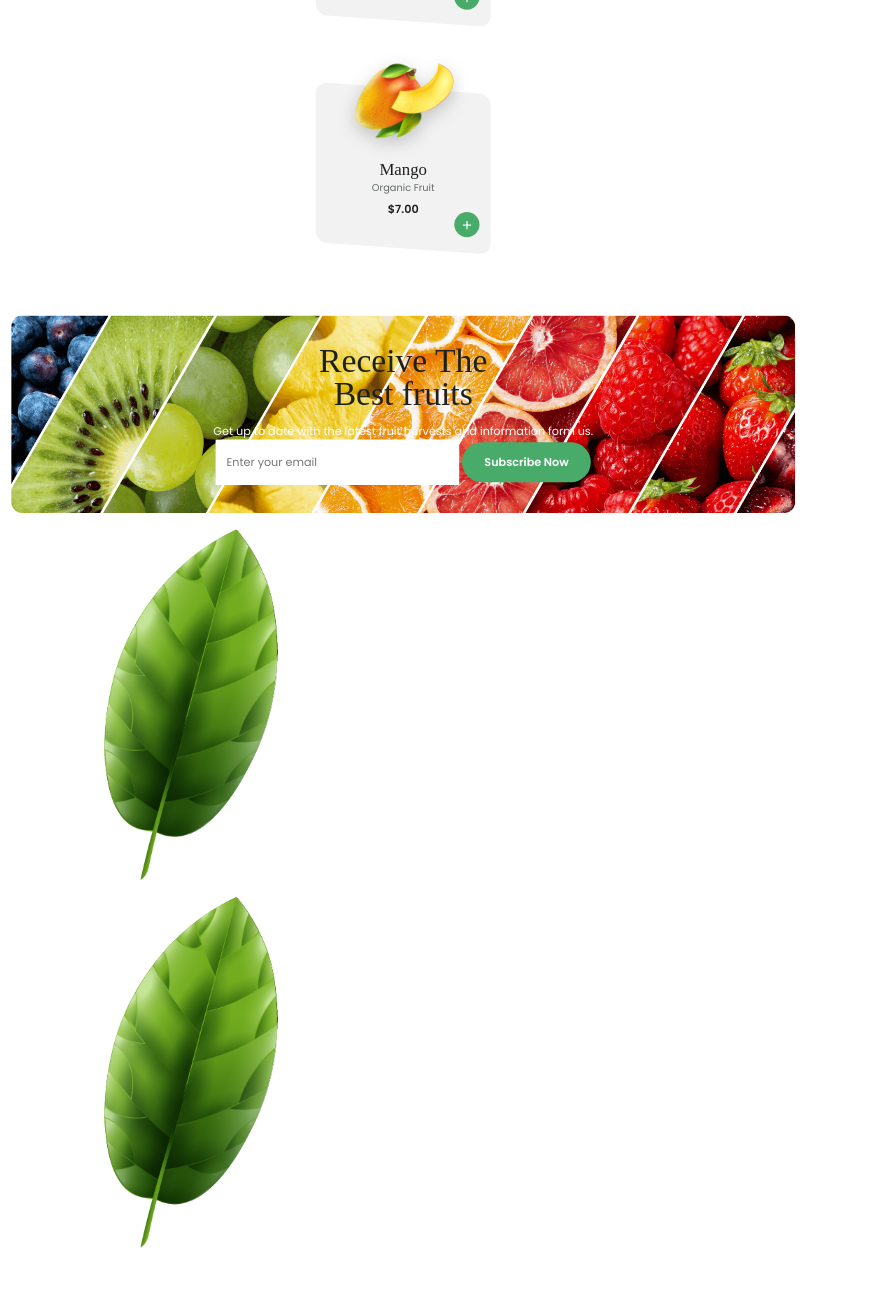
Repository: dinhhaidh/fruit
Page: index.html
An editor plug-in stored every save of this project. The page is shown before and after the next save, followed by the edit.
The browser window is 1280 px wide. The pictures show the part of the page from y = 4137 to 6057 px (the page is 6000 px tall before and 6057 px after), at 70% of full size.
Some web fonts or font styles are not loaded; a fallback is used.

Above is the page before, as saved 2024-02-19 09:57:46.
Console error: ReferenceError: ScrollReveal is not defined

### index.html
<!DOCTYPE html>
<html lang="en">
<head>
    <meta charset="UTF-8">
    <meta name="viewport" content="width=device-width, initial-scale=1.0">

    <!--=============== FAVICON ===============-->
    <link rel="shortcut icon" href="assets/img/favicon.png" type="image/x-icon">

    <!--=============== REMIXICONS ===============-->
    <link rel="stylesheet" href="https://cdnjs.cloudflare.com/ajax/libs/remixicon/3.5.0/remixicon.css" crossorigin="">

    <!--=============== CSS ===============-->
    <link rel="stylesheet" href="./css/style.css">

    <title>Responsive fruit website - Bedimcode</title>
</head>
<body>
    <!--==================== HEADER ====================-->
    <header class="header" id="header">
        <nav class="nav container">
            <a href="#" class="nav__logo">
                <img src="./img/logo.png" alt=""> Fruit
            </a>
            <div class="nav__menu" id="nav-menu">
                <ul class="nav__list">
                    <li class="nav__item">
                        <a href="#Home" class="nav__link">Home</a>
                    </li>
                    <li class="nav__item">
                        <a href="#enjoy" class="nav__link">About Us</a>
                    </li>
                    <li class="nav__item">
                        <a href="#popular" class="nav__link">Popular</a>
                    </li>
                    <li class="nav__item">
                        <a href="#join" class="nav__link">Join Us</a>
                    </li>
                </ul>

                <a href="#" class="nav__close" id="nav-close">
                    <i class="ri-close-line"></i>
                </a>

                <img src="./img/branch-2.png" alt="" class="nav__img-1">
                <img src="./img/fruit-line-1.png" alt="" class="nav__img-2">
            </div>

            <div class="nav__buttons">

                <i class="ri-moon-line theme__button" id="theme-button"></i>

                <div class="nav__toggle" id="nav-toggle">
                    <i class="ri-apps-2-line"></i>
                </div>
            </div>
        </nav>
    </header>

    <!--==================== MAIN ====================-->
    <main class="main">
        <!--==================== HOME ====================-->
        <section class="home section" id="home">
            <div class="home__container container grid">
                <div class="home__data">
                    <h1 class="home__title">Enjoy The <br>
                        Best Fresh <br>
                        Fruits
                    </h1>
                    <p class="home__desc">Enjoy the best organic fruits harvested with the best possible quality, obtaining unique and delicious favours</p>
                    <img src="./img/fruit-line-2.png" alt="image" class="home__fruit">
                    <a href="#" class="button">
                        Order Fruit Now
                    </a>
                </div>
                <img src="./img/home-fruits.png" alt="image" class="home__img">
            </div>
            <img src="./img/branch-2.png" alt="image" class="home__branch">
        </section>

        <!--==================== ENJOY ====================-->
        <section class="enjoy section">
            <h2 class="section__title">Eat And Enjoy</h2>
            <div class="enjoy__container container grid">
                <article class="enjoy__card">
                    <div class="enjoy__bg"></div>

                    <img src="./img/enjoy-1.png" alt="" class="enjoy__img">
                    <h3 class="enjoy__title">Healthy</h3>
                    <span class="enjoy__subtitle">Tropical Fruit</span>
                </article>
                <article class="enjoy__card">
                    <div class="enjoy__bg"></div>

                    <img src="./img/enjoy-2.png" alt="" class="enjoy__img">
                    <h3 class="enjoy__title">Healthy</h3>
                    <span class="enjoy__subtitle">Tropical Fruit</span>
                </article>
                <article class="enjoy__card">
                    <div class="enjoy__bg"></div>

                    <img src="./img/enjoy-3.png" alt="" class="enjoy__img">
                    <h3 class="enjoy__title">Healthy</h3>
                    <span class="enjoy__subtitle">Tropical Fruit</span>
                </article>
            </div>
        </section>

        <!--==================== ABOUT US ====================-->
        <section class="about section" id="about">
            <div class="about__container container grid">
                <div class="about__data">
                    <h2 class="section__title">
                        We Provide <br>
                        Healthy Fruits
                    </h2>
                    <p class="about__desc">Lorem ipsum dolor sit amet, consectetur adipisicing elit. Iusto voluptatum officia non dolores illum, hic necessitatibus sit? Sapiente, voluptatem nisi!</p>
                    <a href="#" class="button">Know More</a>
                    <img src="./img/fruit-line-1.png" alt="image" class="about__fruit">
                </div>
                <img src="./img/about-fruits.png" alt="image" class="about__img">
            </div>
            <img src="./img/branch-1.png" alt="image" class="about__branch">

        </section>

        <!--==================== POPULAR ====================-->
        <section class="popular section" id="popular">
            <h2 class="section__title">Popular Fruits</h2>
            <div class="popular__container container grid">
                <article class="popular__card">
                    <div class="popular__bg"></div>

                    <img src="./img/popular-1.png" alt="" class="popular__img">
                    <h2 class="popular__title">Apple</h2>
                    <span class="popular__subtitle">Organic Fruit</span>
                    <h3 class="popular__price">$4.00</h3>
                    <a href="#" class="popular__button button">
                        <i class="ri-add-line"></i>
                    </a>
                </article>
                <article class="popular__card">
                    <div class="popular__bg"></div>

                    <img src="./img/popular-2.png" alt="" class="popular__img">
                    <h2 class="popular__title">Watermelon</h2>
                    <span class="popular__subtitle">Organic Fruit</span>
                    <h3 class="popular__price">$7.00</h3>
                    <a href="#" class="popular__button button">
                        <i class="ri-add-line"></i>
                    </a>
                </article>

                <article class="popular__card">
                    <div class="popular__bg"></div>

                    <img src="./img/popular-3.png" alt="" class="popular__img">
                    <h2 class="popular__title">Pineapple</h2>
                    <span class="popular__subtitle">Organic Fruit</span>
                    <h3 class="popular__price">$5.00</h3>
                    <a href="#" class="popular__button button">
                        <i class="ri-add-line"></i>
                    </a>
                </article>

                <article class="popular__card">
                    <div class="popular__bg"></div>

                    <img src="./img/popular-4.png" alt="" class="popular__img">
                    <h2 class="popular__title">Banana</h2>
                    <span class="popular__subtitle">Organic Fruit</span>
                    <h3 class="popular__price">$3.00</h3>
                    <a href="#" class="popular__button button">
                        <i class="ri-add-line"></i>
                    </a>
                </article>

                <article class="popular__card">
                    <div class="popular__bg"></div>

                    <img src="./img/popular-5.png" alt="" class="popular__img">
                    <h2 class="popular__title">Strawberry</h2>
                    <span class="popular__subtitle">Organic Fruit</span>
                    <h3 class="popular__price">$8.00</h3>
                    <a href="#" class="popular__button button">
                        <i class="ri-add-line"></i>
                    </a>
                </article>

                <article class="popular__card">
                    <div class="popular__bg"></div>

                    <img src="./img/popular-6.png" alt="" class="popular__img">
                    <h2 class="popular__title">Mango</h2>
                    <span class="popular__subtitle">Organic Fruit</span>
                    <h3 class="popular__price">$7.00</h3>
                    <a href="#" class="popular__button button">
                        <i class="ri-add-line"></i>
                    </a>
                </article>

            </div>
        </section>

        <!--==================== JOIN US ====================-->
        <section class="join section" id="join">
            <div class="join__container container grid">
                <div class="join__content grid">
                    <div class="join__data">
                        <h2 class="section__title">Receive The <br>
                            Best fruits
                        </h2>
                        <p class="join__desc">
                            Get up to date with the latest fruit harvests and information form us.
                        </p>
                        <form action="" class="join__form">
                            <input type="email" placeholder="Enter your email" class="join__input">
                            <a href="#" class="join__button button">Subscribe Now</a>
                        </form>
                        <img src="./img/join-bg.png" alt="image" class="join__bg">
                    </div>
                </div>
                <img src="./img/leaf.png" alt="" class="join__img-1">
                <img src="./img/leaf.png" alt="" class="join__img-2">
            </div>

        </section>
    </main>

    <!--==================== FOOTER ====================-->
    <footer class="footer">

    </footer>

    <!--========== SCROLL UP ==========-->


    <!--=============== SCROLLREVEAL ===============-->
    <script src=""></script>

    <script src="https://code.jquery.com/jquery-3.7.1.slim.min.js"></script>

    <!--=============== MAIN JS ===============-->
    <script src="./js/main.js"></script>
</body>
</html>

### css/style.css
/*=============== GOOGLE FONTS ===============*/
@import url("https://fonts.googleapis.com/css2?family=Cherry+Bomb+One&family=Poppins:wght@400;500;600&display=swap");

/*=============== VARIABLES CSS ===============*/
:root {
  --header-height: 3.5rem;

  /*========== Colors ==========*/
  /*Color mode HSL(hue, saturation, lightness)*/
  --first-color: hsl(140, 40%, 48%);
  --first-color-alt: hsl(140, 40%, 44%);
  --title-color: hsl(140, 4%, 12%);
  --text-color: hsl(140, 4%, 40%);
  --text-color-light: hsl(140, 4%, 64%);
  --white-color: hsl(0, 0%, 100%);
  --body-color: hsl(0, 0%, 100%);
  --container-color: hsl(0, 0%, 95%);
  --shadow-img: drop-shadow(0 8px 12px hsla(0, 0%, 0%, .2));
  --filter-img: invert(1);

  /*========== Font and typography ==========*/
  /*.5rem = 8px | 1rem = 16px ...*/
  --body-font: "Poppins", sans-serif;
  --second-font: "Cherry Bomb One", cursive;
  --biggest-font-size: 3rem;
  --big-font-size: 2rem;
  --h1-font-size: 1.5rem;
  --h2-font-size: 1.25rem;
  --h3-font-size: 1rem;
  --normal-font-size: .938rem;
  --small-font-size: .813rem;

  /*========== Font weight ==========*/
  --font-regular: 400;
  --font-medium: 500;
  --font-semi-bold: 600;

  /*========== z index ==========*/
  --z-tooltip: 10;
  --z-fixed: 100;
}

/*========== Responsive typography ==========*/
@media screen and (min-width: 1150px) {
  :root {
    --biggest-font-size: 5.5rem;
    --big-font-size: 3rem;
    --h1-font-size: 2.25rem;
    --h2-font-size: 1.5rem;
    --h3-font-size: 1.25rem;
    --normal-font-size: 1rem;
    --small-font-size: .875rem;
  }
}

/*=============== BASE ===============*/
* {
  box-sizing: border-box;
  padding: 0;
  margin: 0;
}

html {
  scroll-behavior: smooth;
}

body,
input,
button {
  font-family: var(--body-font);
  font-size: var(--normal-font-size);
}

body {
  background-color: var(--body-color);
  color: var(--text-color);
  transition: background-color .4s;
}

input,
button {
  border: none;
  outline: none;
}

h1, h2, h3, h4 {
  color: var(--title-color);
  font-weight: var(--font-medium);
  line-height: 100%;
}

ul {
  list-style: none;
}

a {
  text-decoration: none;
}

img {
  display: block;
  max-width: 100%;
  height: auto;
}

/*=============== THEME ===============*/


/*========== Variables Dark Theme ==========*/



/*==========
	Color changes in some parts of
	the website, in dark theme
==========*/


/*=============== REUSABLE CSS CLASSES ===============*/
.container {
  max-width: 1120px;
  margin-inline: 1.5rem;
}

.grid {
  display: grid;
  gap: 1.5rem;
}

.section {
  padding-block: 5rem 1rem;
}

.section__title {
  font-size: var(--big-font-size);
  font-family: var(--second-font);
  text-align: center;
  margin-bottom: 1rem;
}

.main {
  overflow: hidden; /* For animation ScrollReveal */
}

/*=============== HEADER & NAV ===============*/
.header{
    position: fixed;
    width: 100%;
    top: 0;
    left: 0;
    background-color: var(--body-color);
    z-index: var(--z-fixed);
    transition: box-shadow .4s, background-color .4s;
}
.nav{
    height: var(--header-height);
    display:flex;
    align-items: center;
    justify-content: space-between;
}
.nav__close,
.nav__toggle,
.nav__logo{
    display:flex;
    align-items: center;
    justify-content: center;
    color: var(--title-color);
}
.nav__logo{
    column-gap: 0.25rem;
    font-family: var(--second-font);
    font-size: var(--h3-font-size);
}
.nav__logo img {
    width: 1.25rem;
}
.nav__link{
    color: var(--title-color);
    font-weight: var(--font-semi-bold);
    transition: color .4s;
}
.nav__link:hover{
    color: var(--first-color);
}
.nav__buttons{
    display: flex;
    column-gap: 1rem;
}

/* Navigation for mobile devices */
@media screen and (max-width: 1150px) {
    .nav__menu{
        position: fixed;
        width: 100%;
        top: -100%;
        left: 0;
        background-color: var(--body-color);
        box-shadow:  0 2px 16px hsla(0, 0%, 0%, .1);
        z-index: var(--z-fixed);
        padding-block: 4.5rem;
        transition: top .4s;
    }
    .nav__close{
        position: absolute;
        top: 1.2rem;
        right: 1.5rem;
    }
    .nav__list{
        display: flex;
        flex-direction: column;
        row-gap: 2.5rem;
        text-align: center;
    }
    .nav__img-1,
    .nav__img-2{
        position: absolute;
        filter: var(--filter-img);
    }
    .nav__img-1{
        top: -2.5rem;
        width: 150px;
        rotate: 180deg;
        left: -3.5rem;
    }
    .nav__img-2{
        width: 50px;
        bottom: 2.5rem;
        right: 2.5rem;
    }
}


/* Show menu */
.show-menu{
    top: 0;
}

/* Add shadow header */


/* Active link */


/*=============== HOME ===============*/
.home{
    position: relative;
}

.container{
    margin-inline: 1rem;
}

.home__container {
    padding-top: 2.5rem;
    row-gap: 2rem;
}
.home__data{
    position: relative;
    text-align: center;
}
.home__title{
    font-size: var(--biggest-font-size);
    font-family: var(--second-font);
    margin-bottom: 1rem;
}
.home__desc{
    margin-bottom: 2rem;
}
.button{
    display: inline-block;
    background-color: var(--first-color);
    color: var(--white-color);
    padding: 1rem 2rem;
    border-radius: 4rem;
    font-weight: var(--font-semi-bold);
    transition: box-shadow .4s;
}
.button:hover{
    box-shadow: 0 8px 24px hsla(140, 40%, 48%, .3);
}
.home__fruit,
.home__branch{
    position: absolute;
    filter: var(--filter-img);

}
.home__fruit{
    width: 40px;
    top: 6.75rem;
    left: 1rem;
}
.home__img{
    width: 320px;
    justify-self: center;
    filter: var(--shadow-img);
}
.home__branch{
    width: 120px;
    right: -3rem;
    bottom: 15rem;
}

/*=============== BUTTON ===============*/


/*=============== ENJOY ===============*/
.enjoy{

}

.enjoy__container{

}

.enjoy__card{
    position: relative;
    text-align: center;
    padding: 1.5rem 2.5rem;
}
.enjoy__bg{
    background-color: var(--container-color);
    width: 100%;
    height: 100%;
    position: absolute;
    top: 0;
    left: 0;
    border-radius: 1rem;
    transform: skew(4deg);
    transition: background-color .4s;
    z-index: -1;
}
.enjoy__img{
    width: 120px;
    margin: 0 auto;
    filter: var(--shadow-img);
    transition: transform .4s;
}
.enjoy__img:hover{
    transform: translateX(-.25rem);
}
.enjoy__title{
    font-family: var(--second-font);
    font-size: var(--h1-font-size);
    margin-bottom: 0.25rem;
}
.enjoy__subtitle{
    font-size: var(--small-font-size);
}

/*=============== ABOUT ===============*/
.about{
    position: relative;
}

.about__data{
    position: relative;
    text-align: center;
}

.about__desc{
    margin-bottom: 2rem;
}

.about__fruit,
.about__branch{
    position: absolute;
    filter: var(--filter-img);

}
.about__fruit{
    bottom: 2rem;
    right: 1rem;
    width: 40px;
}
.about__img{
    box-shadow: var(--shadow-img);
    width: 320px;
    justify-self: center;
}
.about__branch{
    width: 120px;
    bottom: 15rem;
    rotate: 60deg;
    left: -3.5rem;
}

/*=============== POPULAR ===============*/
.popular{

}

.popular__container{
    padding-top: 6rem;
    grid-template-columns: 250px;
    justify-content: center;
    row-gap: 6rem;
}

.popular__card{
    position: relative;
    text-align: center;
    padding-block: 6.5rem 3rem;
}
.popular__bg{
    width: 100%;
    height: 100%;
    position: absolute;
    top: 0;
    left: 0;
    background-color: var(--container-color);
    z-index: -1;
    transform: skewY(4deg);
    border-radius: 1rem;
    transition: background-color .4s;
}
.popular__img{
    margin: 0 auto 0.75rem;
    width: 150px;
    position: absolute;
    top: -4rem;
    left: 0;
    right: 0;
    filter: var(--shadow-img);
    transition: .4s;
}
.popular__title{
    font-size: var(--h2-font-size);
    font-family: var(--second-font);
    margin-bottom: 0.25rem;
}
.popular__subtitle{
    margin-bottom: 0.75rem;
    display: block;
    font-size: var(--small-font-size);
}
.popular__price{
    font-size: var(--normal-font-size);
    font-weight: var(--font-semi-bold);
}
.popular__button{
    width: 36px;
    height: 36px;
    padding: 8px;
    color: var(--white-color);
    place-items: center;
    font-size: 1.25rem;
    cursor: pointer;
    display: grid;
    font-weight: inherit;
    position: absolute;
    right: 1rem;
    bottom: 1rem;
}



/*=============== JOIN ===============*/
.join{

}

.join__container{
    position: relative;
    padding-bottom: 4rem;
}

.join__content{
    position: relative;
    padding: 2.5rem 1.5rem;
    row-gap: 2rem;
    border-radius: 1rem;
    overflow: hidden;
}
.join__data,
.join__desc{
    text-align: center;
    color: var(--white-color)
}
.join__data{

}
.join__desc{

}
.join__form{
    dg
}
.join__input{
    padding: 1.25rem 1rem;
}
.join__button{

}
.join__bg{
    position: absolute;
    top: 0;
    left: 0;
    z-index: -1;
}
.button{

}
.join__img-1,
.join__img-2{
    /* position: absolute; */
}
.join__img-1{

}
.join__img-2{

}

/*=============== FOOTER ===============*/


/*=============== SCROLL BAR ===============*/


/*=============== SCROLL UP ===============*/


/* Show Scroll Up */


/*=============== BREAKPOINTS ===============*/
/* For small devices */


/* For medium devices */


/* For large devices */

### js/main.js
$(document).ready(function () {
  $("#nav-toggle").click(function(){
    $("#nav-menu").addClass("show-menu");
  });
  $("#nav-close").click(function(){
    $("#nav-menu").removeClass("show-menu");
  });
  $("#nav__link").click(function(){
    $('.active-link').removeClass("show-menu");
  });

  // khi kích vào nav__link nó sẽ ẳn đi
  $('.nav__item a').click(function(){
    $("#nav-menu").removeClass("show-menu");
  });
  //
  $(window).scroll(function(){
    $("#header").toggleClass("shadow-header", $(this).scrollTop() >= 50);
    $("#scroll-up").toggleClass("show-scroll", $(this).scrollTop() >= 350);

    // // active-link //
    // $('.active-link').addClass('nav__menu');

    /*=============== SCROLL SECTIONS ACTIVE LINK ===============*/
const sections = document.querySelectorAll('section[id]')

const scrollActive = () =>{
  	const scrollDown = window.scrollY

	sections.forEach(current =>{
		const sectionHeight = current.offsetHeight,
            sectionTop = current.offsetTop - 58,
            sectionId = current.getAttribute('id'),
            sectionsClass = document.querySelector('.nav__menu a[href*=' + sectionId + ']')

		if(scrollDown > sectionTop && scrollDown <= sectionTop + sectionHeight){
			sectionsClass.classList.add('active-link')
		}else{
			sectionsClass.classList.remove('active-link')
		}
	})
}
window.addEventListener('scroll', scrollActive)
  });
});


// dark-theme
$(document).ready( function(){
  $('#theme-button').click( function () {
      $('body').toggleClass('dark-theme');
      $('.ri-moon-line').toggleClass('ri-sun-line');
  });
});
//

/*=============== SCROLL REVEAL ANIMATION ===============*/
const sr = ScrollReveal({
  origin: 'top',
  distance: '60px',
  duration: 2500,
  delay: 400,
  // reset: true
})
sr.reveal(`.home__data, .join__container, .footer__container`) //hiệu ứng trên xuống
sr.reveal(`.home__img`,{origin: 'bottom'})
sr.reveal(`.enjoy__card, .popular__card`,{interval: 100}) //hiệu ứng trêm xuống lần lần từng giây
sr.reveal(`.about__data`,{origin: 'right'})
sr.reveal(`.about__img`,{origin: 'left'})

After the next save:
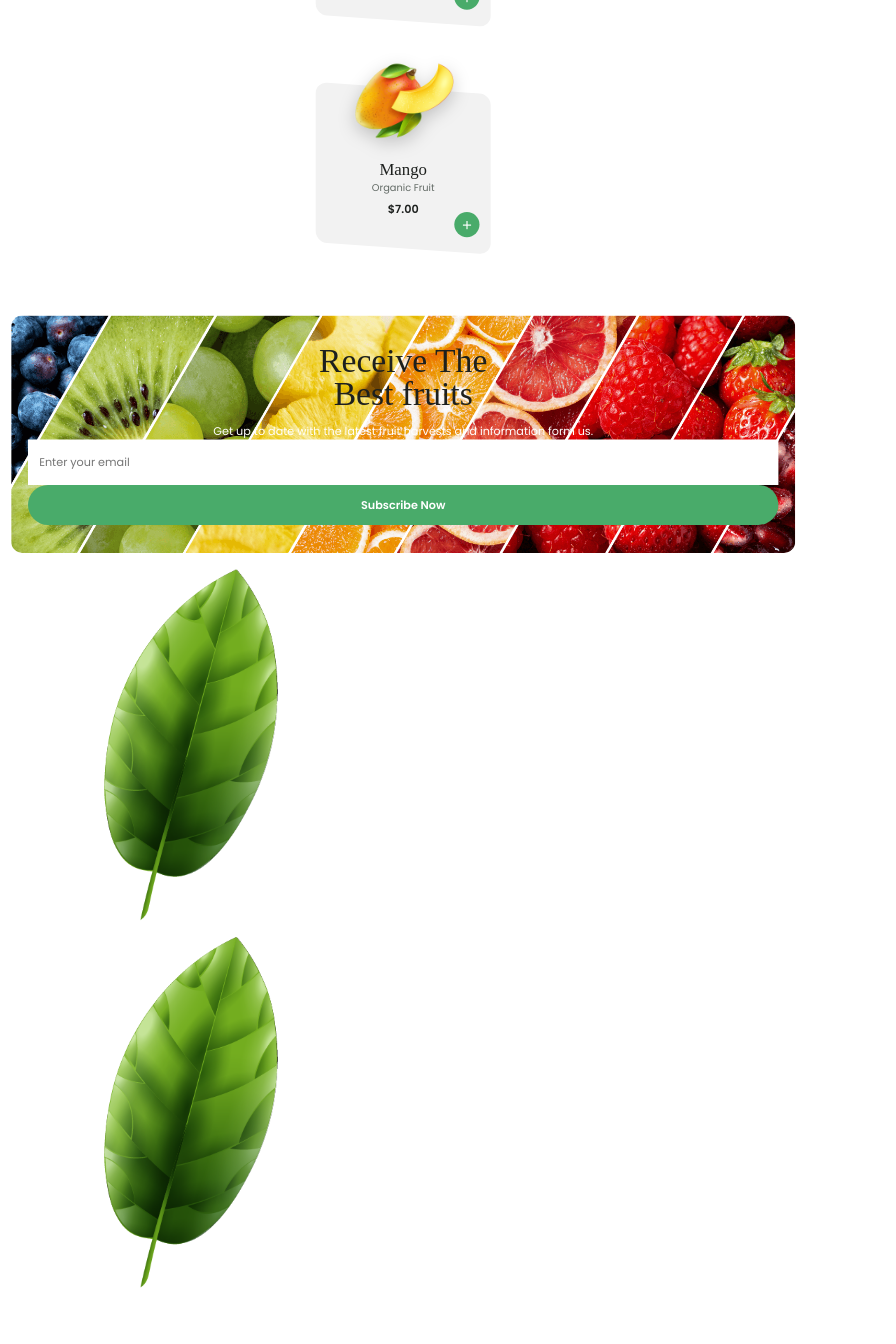
Saved 4 s later.
--- a/css/style.css
+++ b/css/style.css
@@ -483,7 +483,8 @@ img {
 
 }
 .join__form{
-    dg
+    display: grid;
+    row
 }
 .join__input{
     padding: 1.25rem 1rem;
